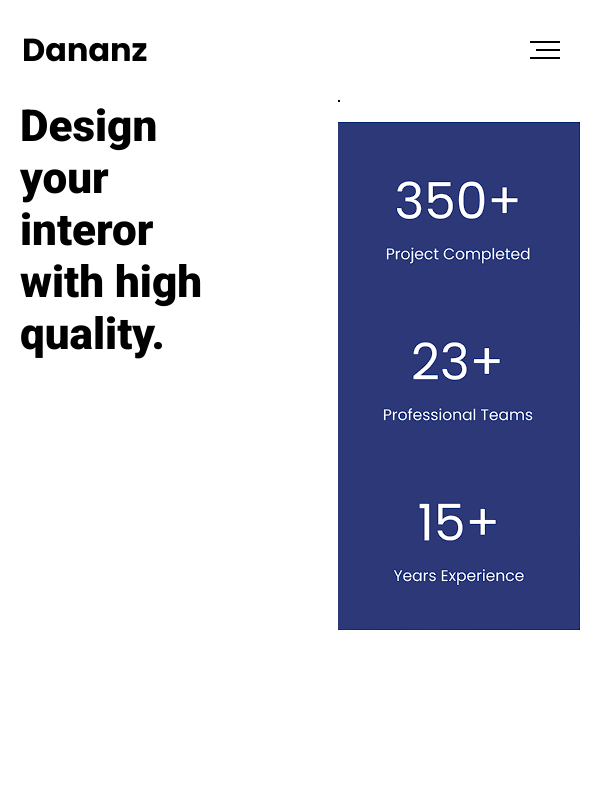
Repository: AsadKasimov/disain
Page: index.html
An editor plug-in stored every save of this project. The page is shown before and after the next save, followed by the edit.
The browser window is 600 px wide. The pictures show the whole page.

Above is the page before, as saved 2023-04-20 12:17:08.

### index.html
<!DOCTYPE html>
<html lang="en">
<head>
    <meta charset="UTF-8">
    <meta http-equiv="X-UA-Compatible" content="IE=edge">
    <meta name="viewport" content="width=device-width, initial-scale=1.0">
    <title>F</title>
    <link rel="stylesheet" href="./style.css">
</head>
<body>

    <div class="wrapper">
        <header class="header">
            <!-- Шапка -->
            <div class="logo">
                <img src="./img/Dananz.png" alt="">
            </div>

            <!-- Меню сайта -->
            <nav class="nav">
                <ul>
                    <li>Home</li>
                    <li>About Us</li>
                    <li>Services</li>
                    <li>Our Teams</li>
                    <li>Contact Us</li>

                </ul>
            </nav>

            <!-- Иконка бургерменю -->
            <div class="burger">
                <span></span>
            </div>
        </header>
        <div class="menu">
            <div class="text-menu">
                <h1>Design your interor with high quality.</h1>
            </div>
            <div class="text-line">
                <hr class="text-line-l">
                <div class="h-pic">
                    <img src="./img/rec.png" alt="">
                </div>
            </div>


        </div>

    </div>



    <script>
        document.querySelector('.burger').addEventListener('click', function() {
            this.classList.toggle('active');
            document.querySelector('.nav').classList.toggle('open');
        })
    </script>
</body>
</html>

### style.css
@import url('https://fonts.googleapis.com/css2?family=Roboto:ital,wght@0,100;0,300;0,400;0,500;0,900;1,100;1,300;1,400;1,500;1,700;1,900&display=swap');

html, body {
  height: 100%;
  width: 100%;

}

body {
  display: flex;
  flex-direction: column;
  font-family: 'Roboto', sans-serif;
  background-color: #fff;
  /* overflow: hidden; */

}

*{
  padding: 0;
  margin: 0;
  box-sizing: border-box;
}

.wrapper{
  flex-grow: 1;
}

.open{
  display: flex !important;
}

.header{
  display: flex;
  align-items: center;
  justify-content: space-between;
  min-height: 100px;
  background-color: #fff;
  color: #000;
  padding: 0 90px;
}

.logo{
  display: flex;
  justify-content: center;
  flex-direction: column;
  align-items: center;

  width: 90px;
  height: 90px;
}

.nav{
  display: flex;
  width: 700px;
  padding: 0 40px;
}

.nav ul{
  width: 100%;
  list-style: none;
  display: flex;
  justify-content: space-between;
}

.burger{
  display: none;
  position: relative;
  z-index: 50;
  align-items: center;
  justify-content: flex-end;
  width: 30px;
  height: 18px;
}

.burger span{
  height: 2px;
  width: 80%;
  transform: scale(1);
  background-color: #000;
}

.burger::before, .burger::after{
  content: '';
  position: absolute;
  height: 2px;
  width: 100%;
  background-color: #000;
  transition: all 0.3s ease 0s;
}

.burger::before { top: 0 }

.burger::after { bottom: 0 }


.burger.active span { transform: scale(0) }

.burger.active::before{
  top: 50%;
  transform: rotate(-45deg) translate(0, -50%);
}

.burger.active::after{
  bottom: 50%;
  transform: rotate(45deg) translate(0, 50%);
}

h1 {
  display: block;
  font-size: 2em;
  margin-block-start: 0;
  margin-block-end: 0;
  margin-inline-start: 0px;
  margin-inline-end: 0px;
  font-weight: bold;
}

.menu{
  display: flex;
  justify-content: flex-start;
  padding: 0 70px;
  align-items:baseline;

}

.text-menu{
  font-weight: 700;
  font-size: 30px;
  width: 500px;
}

hr.text-line-l{
  border: 1px solid black;
  width: 60vw;

}

.text-line{
  display: flex;
  flex-direction: column;
  gap: 20px;
}




@media (max-width: 700px) {

  .h-pic{
    flex-direction: column;
    display: flex;
    align-items: flex-end;
    height: 100%;
  }


  .text-line{
  display: b;



}

  hr.text-line-l {
    border: 1px solid black;
    height: 100%;
    width: 0px;
  }



  .menu{
    display: flex;
    justify-content: flex-start;
    padding: 0 20px;
    align-items:normal;
    gap: 23%;
  }

  .text-menu{
    width: 70%;
    font-size: 22px;

  }

  .header{
    display: flex;
    align-items: center;
    justify-content: space-between;
    min-height: 100px;
    background-color: #fff;
    color: #000;
    padding: 0 40px;
  }

  .nav{
    display: flex;
    width: 700px;
    padding: 0 40px;
  }

  .burger { display: flex }

  .nav{
      display: none;
      flex-direction: column;
      position: fixed;
      height: 100%;
      width: 100%;
      top: 0; bottom: 0; left: 0; right: 0;
      z-index: 50;
      overflow-y: auto;
      padding: 50px 40px;
      background-color: ghostwhite;

  }

  .nav ul{
      flex-direction: column;
      row-gap: 30px;
  }
}

After the next save:
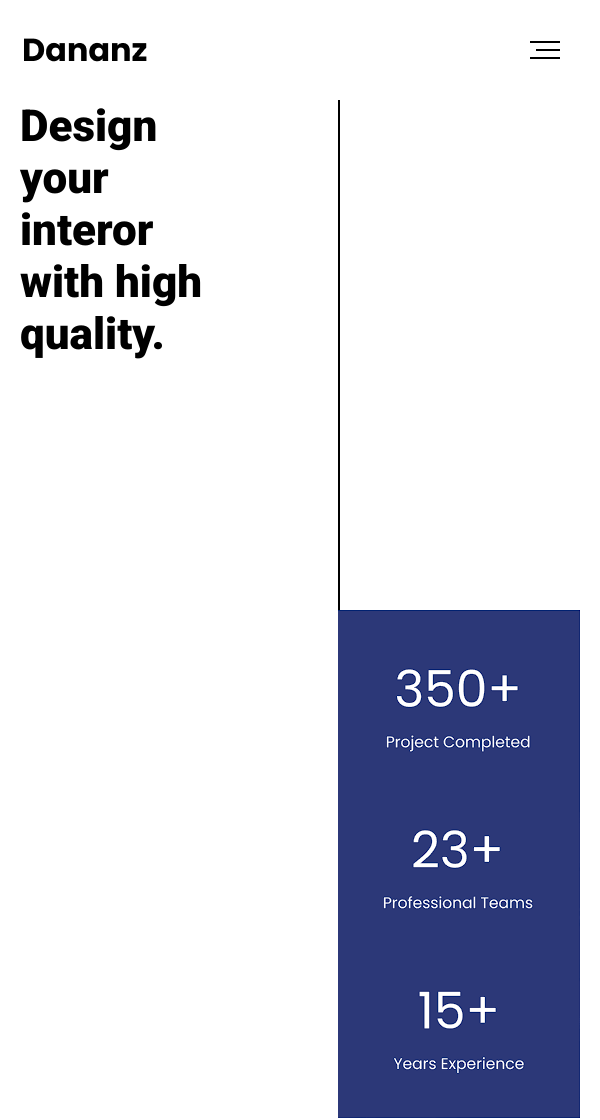
Saved 2 s later.
--- a/style.css
+++ b/style.css
@@ -155,7 +155,7 @@ hr.text-line-l{
 
 
   .text-line{
-  display: b;
+  display: block;
 
 
 
